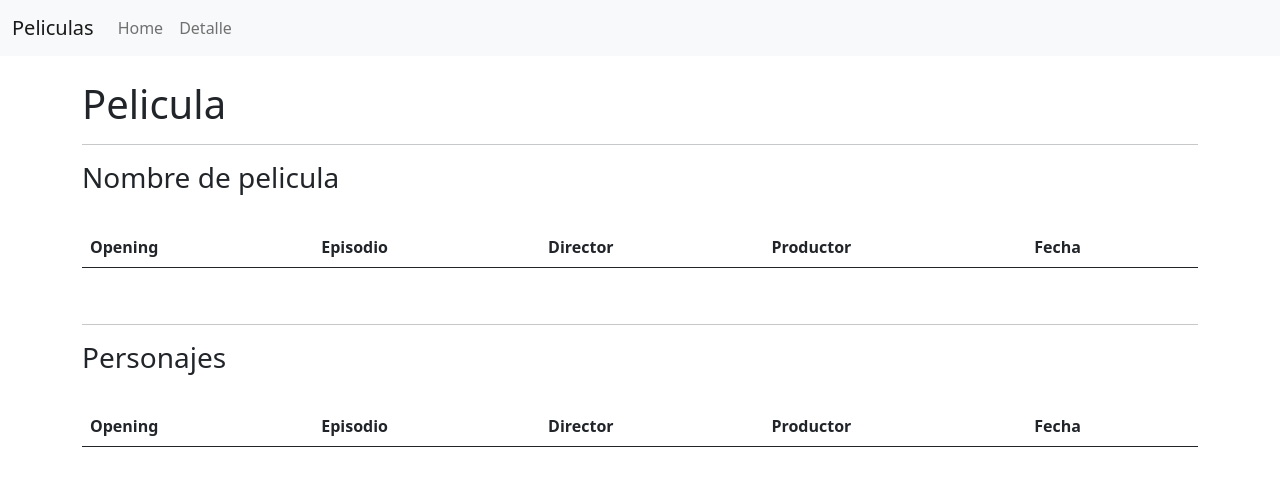
Repository: BrandoCarquinMendocilla/catalogo_peliculas
Page: http://localhost/detalle
An editor plug-in stored every save of this project. The page is shown before and after the next save, followed by the edit.
The browser window is 1280 px wide. The pictures show the whole page.
The page is this project's Thymeleaf template; nobody is signed in. The template is opened directly, without the code that normally fills it, so the values that code supplies are empty.

Above is the page before, as saved 2022-06-17 03:24:02.

### pelis-catalogo/src/main/resources/templates/detalle.html
<!DOCTYPE html>
<html lang="es" xmlns:th="http://www.thymeLeaf.org">

<head>
	<meta charset="UTF-8">
	<title>Peliculas</title>
	<link href="https://cdn.jsdelivr.net/npm/bootstrap@5.0.2/dist/css/bootstrap.min.css" rel="stylesheet"
		integrity="sha384-EVSTQN3/azprG1Anm3QDgpJLIm9Nao0Yz1ztcQTwFspd3yD65VohhpuuCOmLASjC" crossorigin="anonymous">
</head>

<body>
	<nav class="navbar navbar-expand-lg navbar-light bg-light">
		<div class="container-fluid">
			<a class="navbar-brand" href="#">Peliculas</a>
			<button class="navbar-toggler" type="button" data-toggle="collapse" data-target="#navbarNav"
				aria-controls="navbarNav" aria-expanded="false" aria-label="Toggle navigation">
				<span class="navbar-toggler-icon"></span>
			</button>
			<div class="collapse navbar-collapse" id="navbarNav">
				<ul class="navbar-nav me-auto mb-2 mb-lg-0">
					<li class="nav-item active">
						<a class="nav-link" href="#">Home</a>
					</li>
					<li class="nav-item">
						<a class="nav-link" href="/empleados">Detalle</a>
					</li>
				</ul>
			</div>
		</div>
	</nav>
	<div class="container">
		<br>
		<h1>Pelicula</h1>
		<hr>
		<div style="display: flex; flex-grow: initial;">
			<h3 style="padding-right: 30px; ">Nombre de pelicula</h3>
		</div><br>
		<!-- Creacion de las tablas productos con Boostrap -->
		<table class="table table-striped table-hover">
			<thead>
				<tr>
					<th scope="col">Opening</th>
					<th scope="col">Episodio</th>
					<th scope="col">Director</th>
					<th scope="col">Productor</th>
					<th scope="col">Fecha</th>
				</tr>
			</thead>
			<tbody>
				<tr th:each="produc:${productos}">
					<td scope="row" th:text="${produc.id}"></td>
					<td th:text="${produc.nombre}"></td>
					<td th:text="${produc.descripcion}"></td>
					<td th:text="${produc.stock}"></td>
					<td th:text="${produc.precio}"></td>
					</td>
				</tr>
			</tbody>
		</table>
	</div>

	<div class="container">
		<br>
		<hr>
		<div style="display: flex; flex-grow: initial;">
			<h3 style="padding-right: 30px; ">Personajes</h3>
		</div><br>
		<!-- Creacion de las tablas productos con Boostrap -->
		<table class="table table-striped table-hover">
			<thead>
				<tr>
					<th scope="col">Opening</th>
					<th scope="col">Episodio</th>
					<th scope="col">Director</th>
					<th scope="col">Productor</th>
					<th scope="col">Fecha</th>
				</tr>
			</thead>
			<tbody>
				<tr th:each="produc:${productos}">
					<td scope="row" th:text="${produc.id}"></td>
					<td th:text="${produc.nombre}"></td>
					<td th:text="${produc.descripcion}"></td>
					<td th:text="${produc.stock}"></td>
					<td th:text="${produc.precio}"></td>
					</td>
				</tr>
			</tbody>
		</table>
	</div>
</body>

</html>

After the next save:
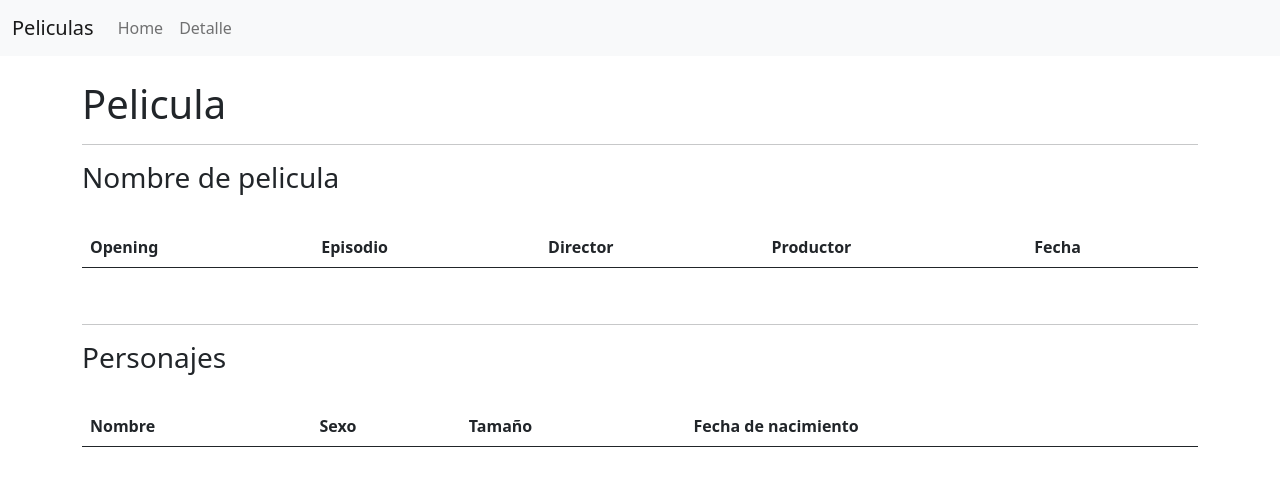
Saved 111 s later.
--- a/pelis-catalogo/src/main/resources/templates/detalle.html
+++ b/pelis-catalogo/src/main/resources/templates/detalle.html
@@ -69,11 +69,10 @@
 		<table class="table table-striped table-hover">
 			<thead>
 				<tr>
-					<th scope="col">Opening</th>
-					<th scope="col">Episodio</th>
-					<th scope="col">Director</th>
-					<th scope="col">Productor</th>
-					<th scope="col">Fecha</th>
+					<th scope="col">Nombre</th>
+					<th scope="col">Sexo</th>
+					<th scope="col">Tamaño</th>
+					<th scope="col">Fecha de nacimiento</th>
 				</tr>
 			</thead>
 			<tbody>
@@ -82,7 +81,6 @@
 					<td th:text="${produc.nombre}"></td>
 					<td th:text="${produc.descripcion}"></td>
 					<td th:text="${produc.stock}"></td>
-					<td th:text="${produc.precio}"></td>
 					</td>
 				</tr>
 			</tbody>
